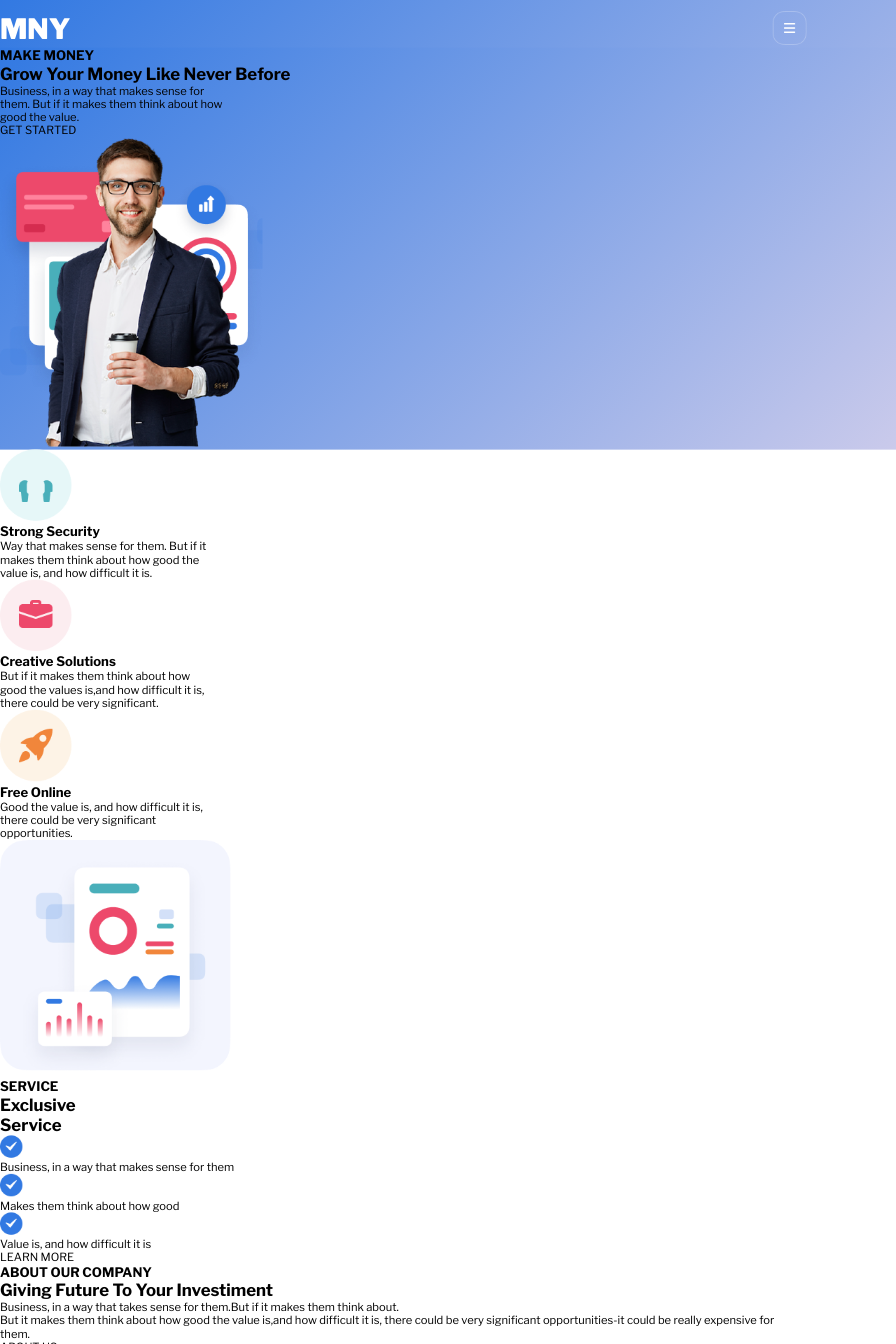
Repository: juniorAntunes910/Make-Money-Design-Avaliacao
Page: index.html
An editor plug-in stored every save of this project. The page is shown before and after a run of saves, followed by the edit.
The browser window is 1280 px wide. The pictures show the part of the page from y = 0 to 1920 px (the page is 4619 px tall before and 4615 px after), at 70% of full size.

Above is the page before, as saved 2026-03-13 08:12:22.

After the next 3 saves:
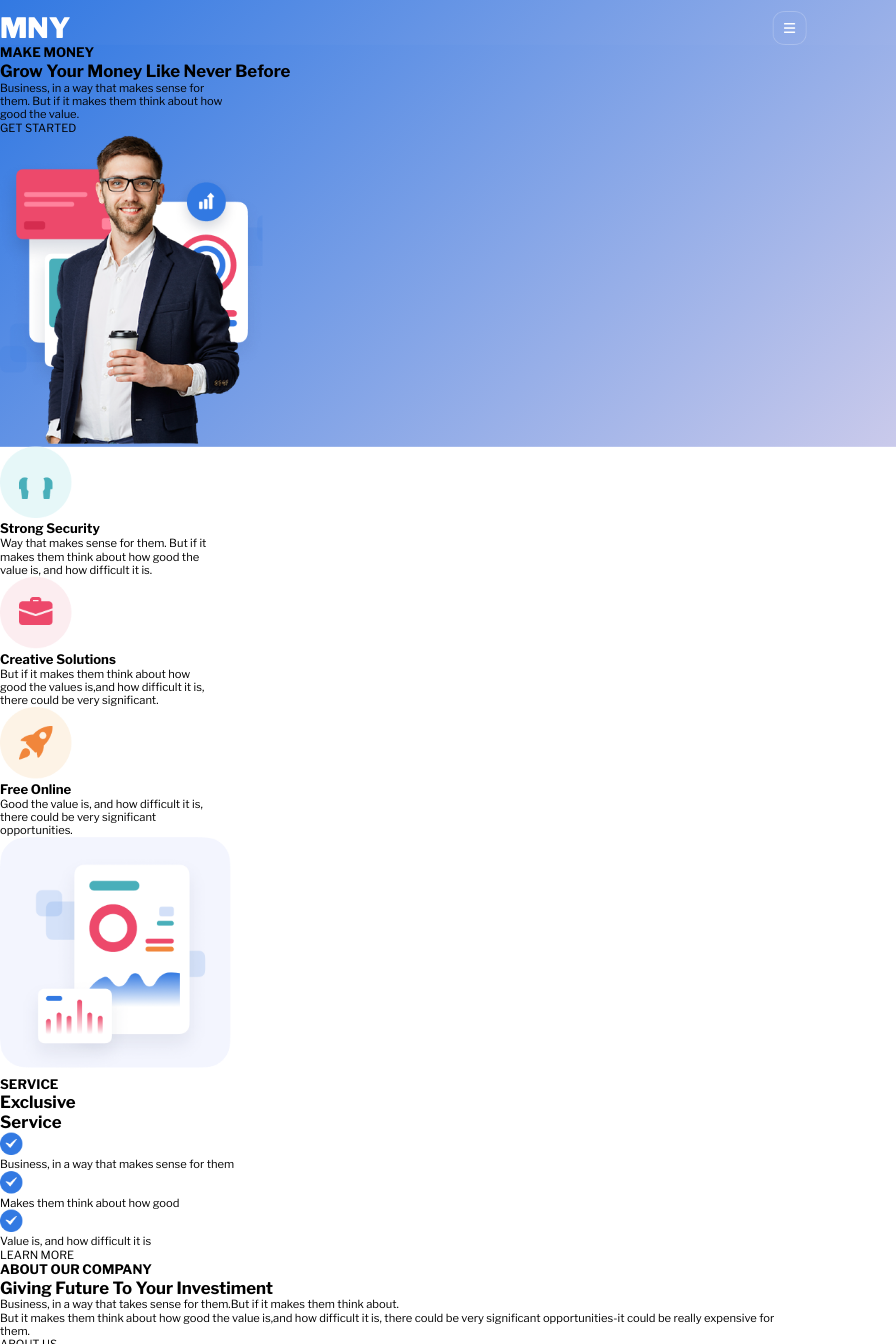
The 3 saves are shown as one change because they came seconds apart.
The last was saved 8 s later.
--- a/style.css
+++ b/style.css
@@ -84,5 +84,6 @@ header nav{
 }
 
 .header-box-menu{
-
+    width: 3rem;
+    height: 3rem;
 }
